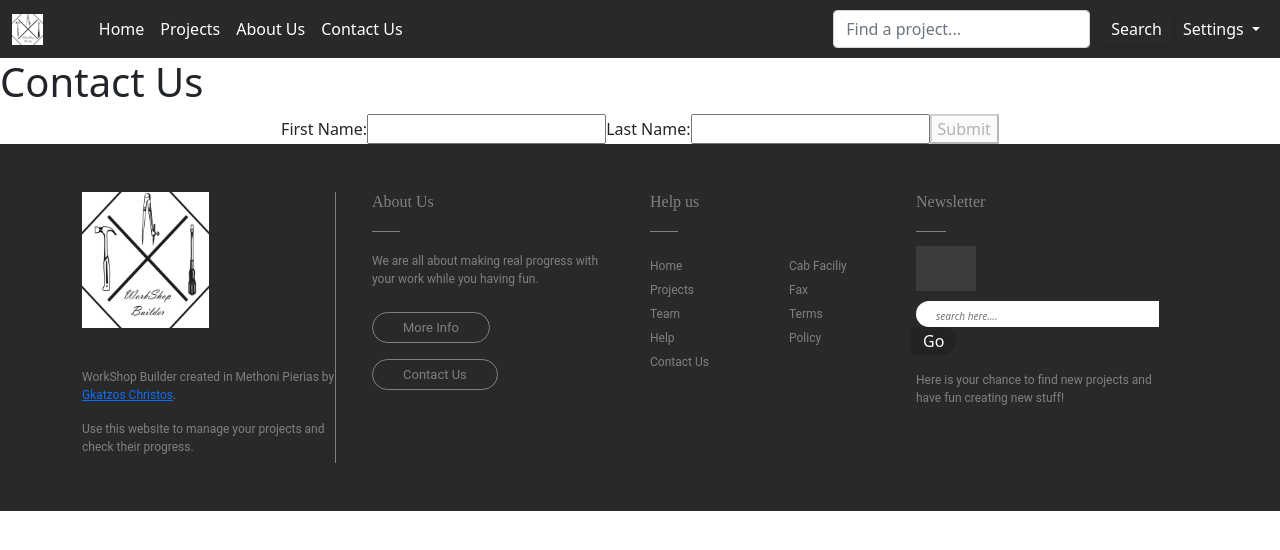
Repository: GkatzosChristos/workshop-builder-ui
Page: /contactUs (app in workshop-builder-ui/)
These files come from the project's save history. The page is drawn as it stood at one moment and after the next save; the edit follows.
The browser window is 1280 px wide. The pictures show the whole page.
The project was rebuilt for these pictures with package versions that can differ from the ones it lists, and the page was loaded fresh each time. Also part of the build but not shown: workshop-builder-ui/angular.json, workshop-builder-ui/src/app/about-us/about-us.component.ts, workshop-builder-ui/src/app/home/home.component.ts, workshop-builder-ui/src/app/project/project.component.ts.

Above is the page before, as saved 2021-08-27 18:12:00.

After the next save:
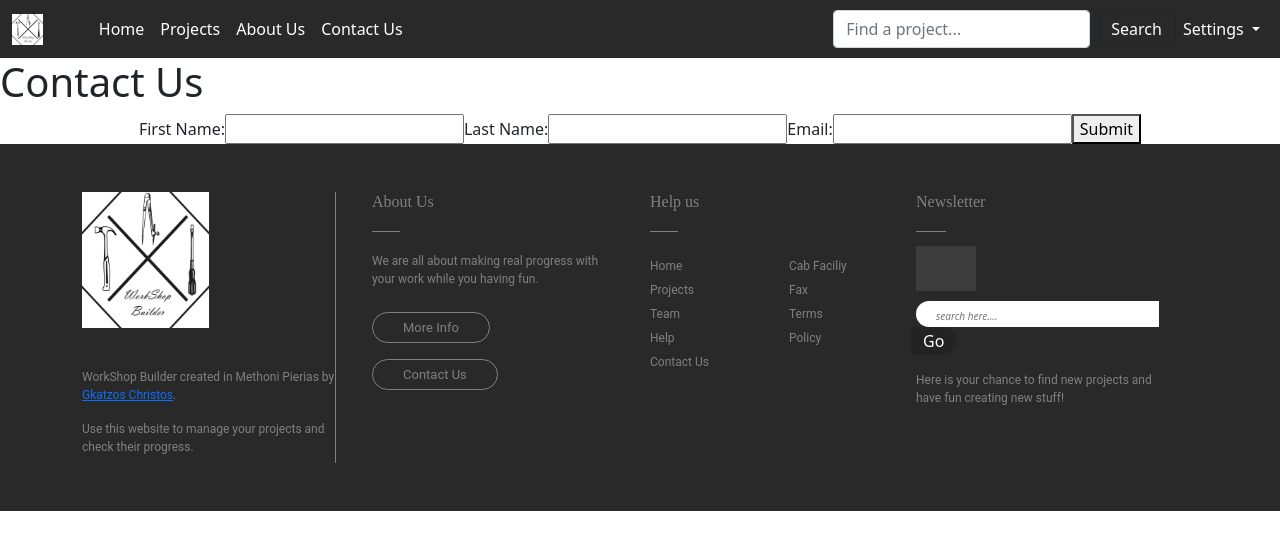
Saved 22 s later.
--- a/workshop-builder-ui/src/app/contact-us/contact-us.html
+++ b/workshop-builder-ui/src/app/contact-us/contact-us.html
@@ -6,7 +6,9 @@
       <input id="first-name" type="text" formControlName="firstName">
       <label for="last-name">Last Name: </label>
       <input id="last-name" type="text" formControlName="lastName">
-      <button type="submit" [disabled]="!contactUsForm.valid">Submit</button>
+      <label for="last-name">Email: </label>
+      <input id="last-name" type="text" formControlName="email">
+      <button type="submit" [disabled]="">Submit</button>
     </form>
   </section>
 </body>
